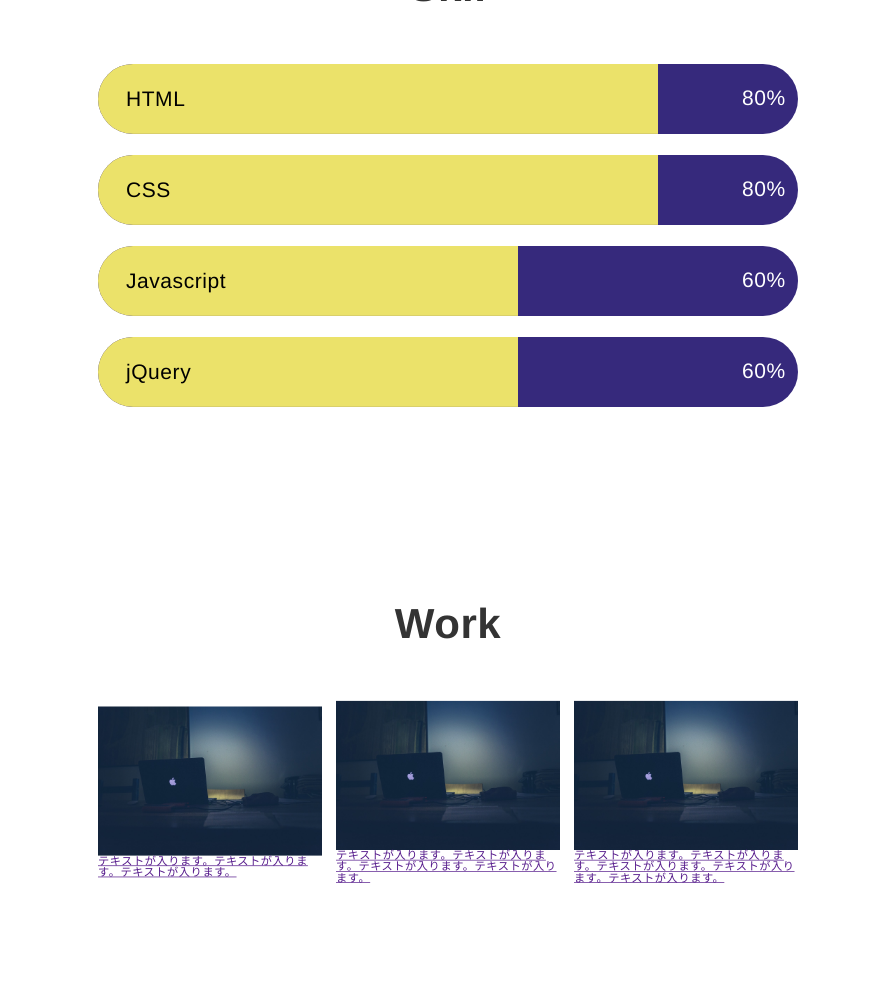
Repository: sadayuki15/portfolio
Page: index.html
An editor plug-in stored every save of this project. The page is shown before and after a run of saves, followed by the edit.
The browser window is 1280 px wide. The pictures show the part of the page from y = 1785 to 3705 px (the page is 3198 px tall before and 3705 px after), at 70% of full size.

Above is the page before, as saved 2021-04-22 15:55:47.

### index.html
<!DOCTYPE html>
<html lang="ja">
<head>
  <meta charset="UTF-8">
  <meta http-equiv="X-UA-Compatible" content="IE=edge">
  <meta name="viewport" content="width=device-width, initial-scale=1.0">
  <link rel="stylesheet" href="./css/reset.css">
  <link rel="stylesheet" href="./css/style.css">
  <title>Document</title>
</head>
<body>
  <!-- header -->
  <header class="header">
    <div class="header-inner">
      <h1 class="header-title">PortFolio</h1>
      <nav class="header-nav">
        <ul class="nav-list">
          <li class="nav-item"><a href="#">Home</a></li>
          <li class="nav-item"><a href="#">About</a></li>
          <li class="nav-item"><a href="#">Skil</a></li>
          <li class="nav-item"><a href="#">Work</a></li>
          <li class="nav-item"><a href="#">Contact</a></li>
        </ul>
      </nav>
    </div>
  </header>
  <!-- //header -->

  <main>
  <!-- fv -->
  <div class="fv">
    <div class="main-copy">
      <p class="main-title">
        SADAYUKI<br>
        NISIYAMA
      </p>
    </div>
  </div>
  <!-- //fv -->

  <!-- About -->
  <div class="section-wrapper">
    <h2 class="section-title">ABOUT</h2>
    <div class="section-inner about">
      <div class="about-img-wrapper">
        <img src="" alt="">
      </div>
      <div class="about-contents">
        <p class="about-text">
          はじめまして、西山禎侑と申します。
        </p>
        <p class="about-text">
          1986年生まれ。鳥取県八頭郡出身。
        </p>
        <p class="about-text">
          地元の大学卒業後、民間企業へ入社。11年間、個人から法人までの営業、事務、企画等（主に金融業務）を経験し退職。
        </p>
        <p class="about-text">
          2021年2月より完全未経験からプログラミングを学習し、フリーランスエンジニアを目指し新たな道へ挑戦。
        </p>
        <p class="about-text">
          目指すは「頼んで良かった」、「またお願いしたい」と言われる人材に。
        </p>
        <p class="about-text">
          コーディング、Webサイト制作のお仕事が可能です。<br>
          お仕事のご相談等、お気軽にお問い合わせ下さい。
        </p>
        <p class="about-text">
          何卒、よろしくお願い致します。
        </p>
      </div>
    </div>
  </div>
  <!-- //About -->

  <!-- skil -->
  <div class="section-wrapper">
    <h2 class="section-title">Skil</h2>
    <div class="section-inner">
      <div class="chart">
        <div id="board">
          <div class="row">
            <span class="label">HTML</span>
            <div class="bar-wrap">
              <div class="bar" data-value="80"></div>
            </div>
            <span class="number">80%</span>
          </div><!-- row -->
          <div class="row">
            <span class="label">CSS</span>
            <div class="bar-wrap">
              <div class="bar" data-value="80"></div>
            </div>
            <span class="number">80%</span>
          </div><!-- row -->
          <div class="row">
            <span class="label">Javascript</span>
            <div class="bar-wrap">
              <div class="bar" data-value="60"></div>
            </div>
            <span class="number">60%</span>
          </div><!-- row -->
          <div class="row">
            <span class="label">jQuery</span>
            <div class="bar-wrap">
              <div class="bar" data-value="60"></div>
            </div>
            <span class="number">60%</span>
          </div><!-- row -->
        </div><!-- board -->
      </div><!-- chart -->
    </div>
  </div>
  <!-- //skil -->

  <!-- works -->
  <div class="section-wrapper">
    <h2 class="section-title">Work</h2>
    <div class="section-inner">
      <ul class="work-list">
        <li class="work-item">
          <a href="">
            <div class="work-img">
              <img src="./img/top2.jpg" alt="">
            </div>
            <p class="work-text">テキストが入ります。テキストが入ります。テキストが入ります。</p>
          </a>
        </li>
        <li class="work-item">
          <a href="">
            <div class="work-img">
              <img src="./img/top2.jpg" alt="">
            </div>
            <p class="work-text">テキストが入ります。テキストが入ります。テキストが入ります。テキストが入ります。</p>
          </a>
        </li>
        <li class="work-item">
          <a href="">
            <div class="work-img">
              <img src="./img/top2.jpg" alt="">
            </div>
            <p class="work-text">テキストが入ります。テキストが入ります。テキストが入ります。テキストが入ります。テキストが入ります。</p>
          </a>
        </li>
      </ul>
    </div>
  </div>
  <!-- //works -->

  <!-- contact -->
  <!-- //contact -->







  </main>



  <script src="jquery-3.6.0.min.js"></script>
  <script src="index.js"></script>
</body>
</html>

### css/style.css
html {
  font-size: 62.5%;
}
body {
  font-size: 1.6rem;
  letter-spacing: .05em;
  color: #171717;
  font-family: Helvetica, '游ゴシック', 'Yu Gothic', YuGothic, HiraKakuProN-W3, 'メイリオ', Meiryo, sans-serif;
}
ul {
  text-decoration: none;
}
li {
  list-style: none;
}
img {
  width: 100%;
  vertical-align: bottom;
}
/*-------共通-------*/
.section-wrapper {
  padding: 100px 0 100px;
  margin-bottom: 50px;
}
.section-title{
  max-width: 1000px;
  color: #333;
  font-size: 6rem;
  margin: 0 auto 80px;
  padding: 0 30px;
  text-align: center;
}
.section-inner {
  max-width: 1000px;
  margin: 0 auto;
  padding: 0 50px;
}


/*-------header-------*/
.header {
  width: 100%;
  padding: 19px 30px;
  position: absolute;
  top: 0;
  left: 0;
  z-index: 1;
  transition: .3s;
  color: #fff;
  box-sizing: border-box;
}
.header-inner {
  max-width: 1200px;
  margin: 0 auto;
  display: flex;
  justify-content: space-between;
  align-items: center;
  box-sizing: border-box;
}
.header-title {
  font-size: 2.6rem;
}
.nav-list {
  display: flex;
}
.nav-item a {
  display: block;
  color: #fff;
  font-weight: bold;
  text-decoration: none;
  transition: .3s;
}
.nav-item {
  margin-right: 30px;
}
.nav-item:last-of-type {
  margin-right: 0;
}
.nav-item a:hover {
  opacity: .7;
  transition: .3s;
  text-decoration: 3px underline;
}

/*-------fv-------*/
.fv {
  width: 100%;
  height: 100vh;
  min-height: 550px;
  background-image: url(../img/fv-top.jpg);
  background-size: cover;
  background-position: center;
  /* position: relative; */
}
.main-copy {
  position: absolute;
  bottom: 155px;
  left: 120px;
  color: #fff;
  font-weight: bold;
}
.main-title{
  font-size: 15rem;
  text-align: center;
}

.about{
  display: flex;
  justify-content: space-between;
  align-items: center;
}
.about-img-wrapper {
  max-width: 480px;
}
.about-text {
  max-width: 480px;
  margin-bottom: 30px;
  line-height: 1.8;
  font-weight: bold;
}

/*-------skil-------*/
.content {
  width: 100%;
  height: 200px;
  line-height: 200px;
  text-align: center;
}
.chart {
  max-width: 1000px;
  margin: 0 auto;
}
.chart .row {
  position: relative;
  height: 100px;
  margin-bottom: 25px;
}
.chart .row span {
  color: #000;
  font-size: 1.8rem;
}
.chart .row span.label {
  position: absolute;
  top: 35px;
  left: 3%;
  padding-left: 10px;
  text-align: left;
  line-height: 30px;
  z-index: 10;
}
.chart .row .bar-wrap {
  position: relative;
  background: #36297c;
  width: 100%;
  height: 100%;
  overflow: hidden;
  border-radius: 50px;
}
.chart .row .bar-wrap .bar {
  position: absolute;
  top: 0;
  left: 0;
  height: 100%;
  background: #ebe26a;
  transition: all 1s;
  transform: translateX(-100%);
}
.chart .row .bar-wrap .bar.no {
  transform: translateX(0%);
}
.chart .row span.number {
  position: absolute;
  top: 35px;
  right: 3%;
  width: 40px;
  padding-right: 10px;
  text-align: right;
  line-height: 28px;
  z-index: 10;
  color: #fff;
}

/*-------work-------*/
.work-list {
  display: flex;
  justify-content: space-between;
  align-items: center;
}
.work-item {
  width: 32%;
}



/*-------media-------*/
@media screen and (min-width: 1000px) {
  .chart .row {
    margin-bottom: 30px;
  }
  .chart .row span {
    color: #000;
    font-size: 3rem;
  }
}

@media screen and (max-width: 1000px) {
  .chart .row {
    margin-bottom: 30px;
  }
  .chart .row span {
    color: #000;
    font-size: 3vw;
  }
}

### index.js
function generateChart(wrapper) {
  let values = [];

  $(wrapper + ' .bar').each(function(index, el) {
    values.push($(this).data('value'));
  });

  $(wrapper + ' .bar').each(function(index, el) {
    let bar = $(this);
    let value = bar.data('value');

    bar.width(value + '%');

    let board = $('#board');
    let boardO = board.offset().top;
    let boardH = board.height();
    let windowH = $(window).height();
    let windowS = $(window).scrollTop();

    if(windowS > boardO - windowH + (windowH / 2) && windowS < boardO + boardH - (boardH / 2)){
      bar.addClass('no');
    }
  });
}

$(window).on('scroll', function(event) {
  generateChart('#board');
});

Loaded but not shown: css/reset.css (common file); jquery-3.6.0.min.js (library)

After the next 2 saves:
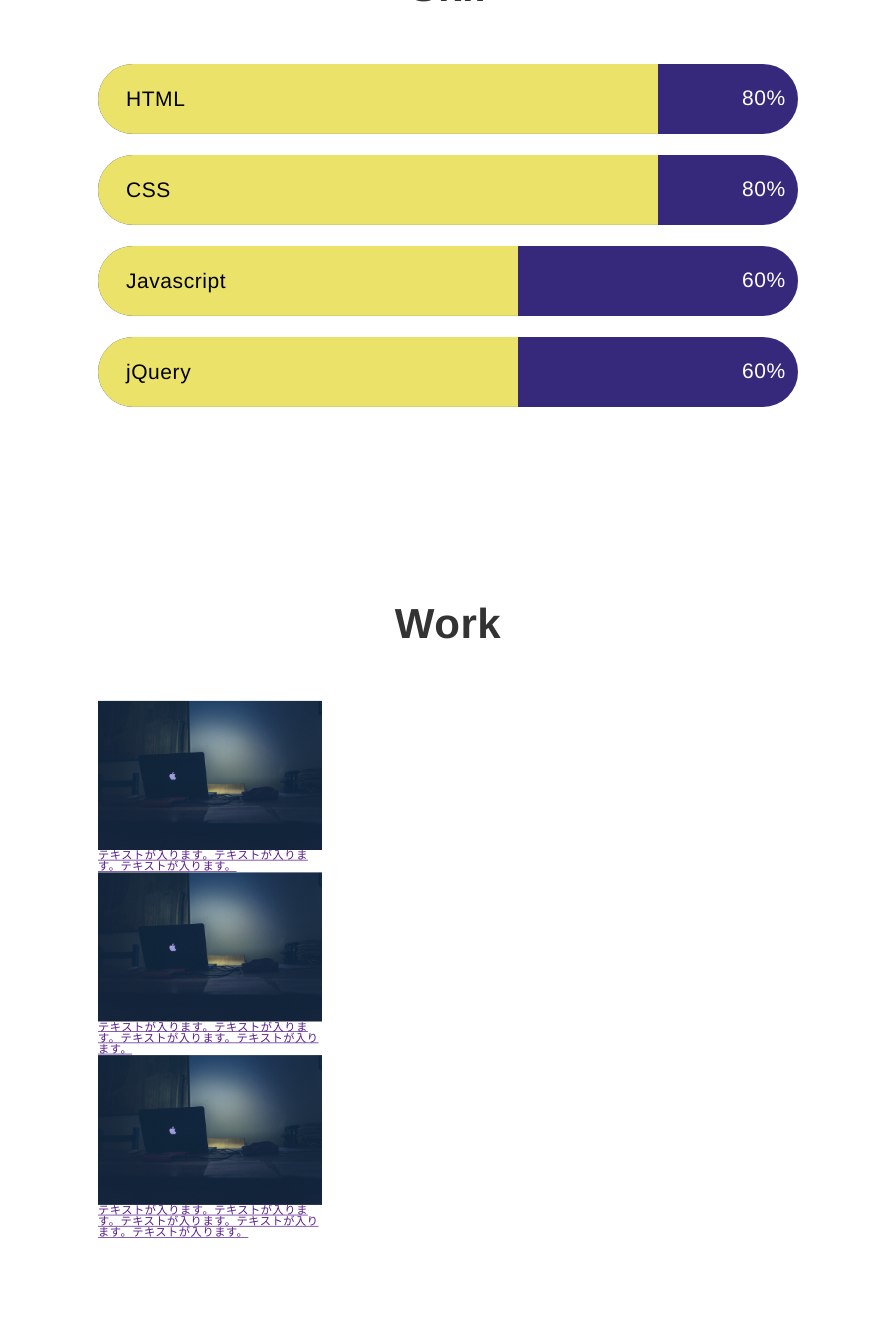
The 2 saves are shown as one change because they came seconds apart.
The last was saved 41 s later.
--- a/css/style.css
+++ b/css/style.css
@@ -182,6 +182,7 @@
 
 /*-------work-------*/
 .work-list {
+  w
   display: flex;
   justify-content: space-between;
   align-items: center;

After the 3 saves that followed:
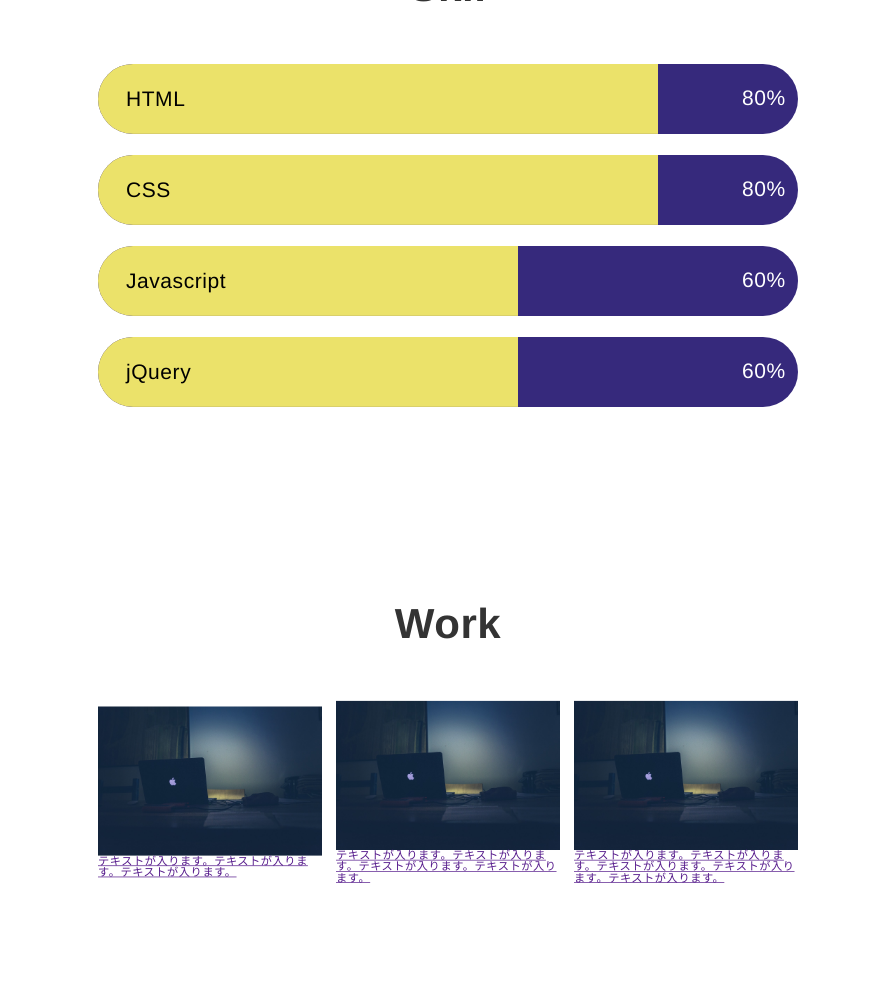
The 3 saves are shown as one change because 1 left the picture as it was and some came seconds apart.
The last was saved 11 s later.
--- a/css/style.css
+++ b/css/style.css
@@ -182,7 +182,7 @@
 
 /*-------work-------*/
 .work-list {
-  w
+  wi;
   display: flex;
   justify-content: space-between;
   align-items: center;
